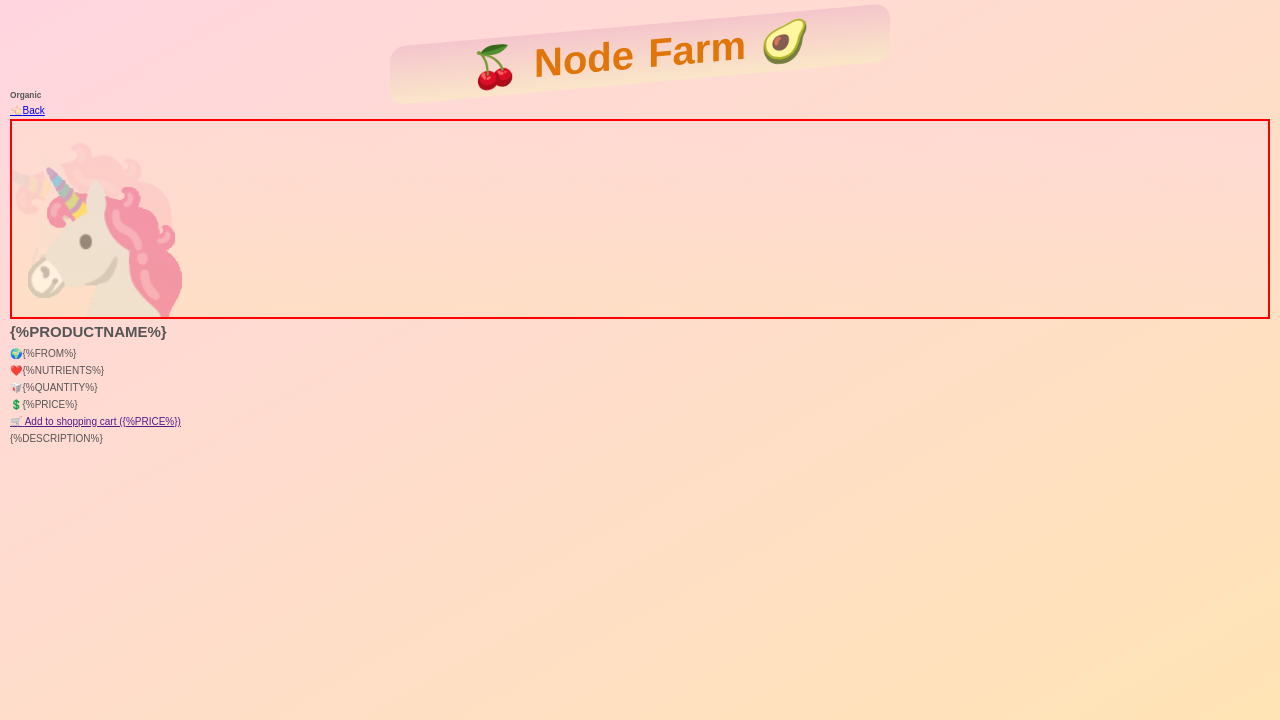
Repository: Kubraaygun/NodeFarm_Backend
Page: templates/product.html
These files come from the project's save history. The page is drawn as it stood at one moment and after the next save; the edit follows.
The browser window is 1280 px wide. The pictures show the whole page.

Above is the page before, as saved 2025-09-04 22:31:49.

After the next save:
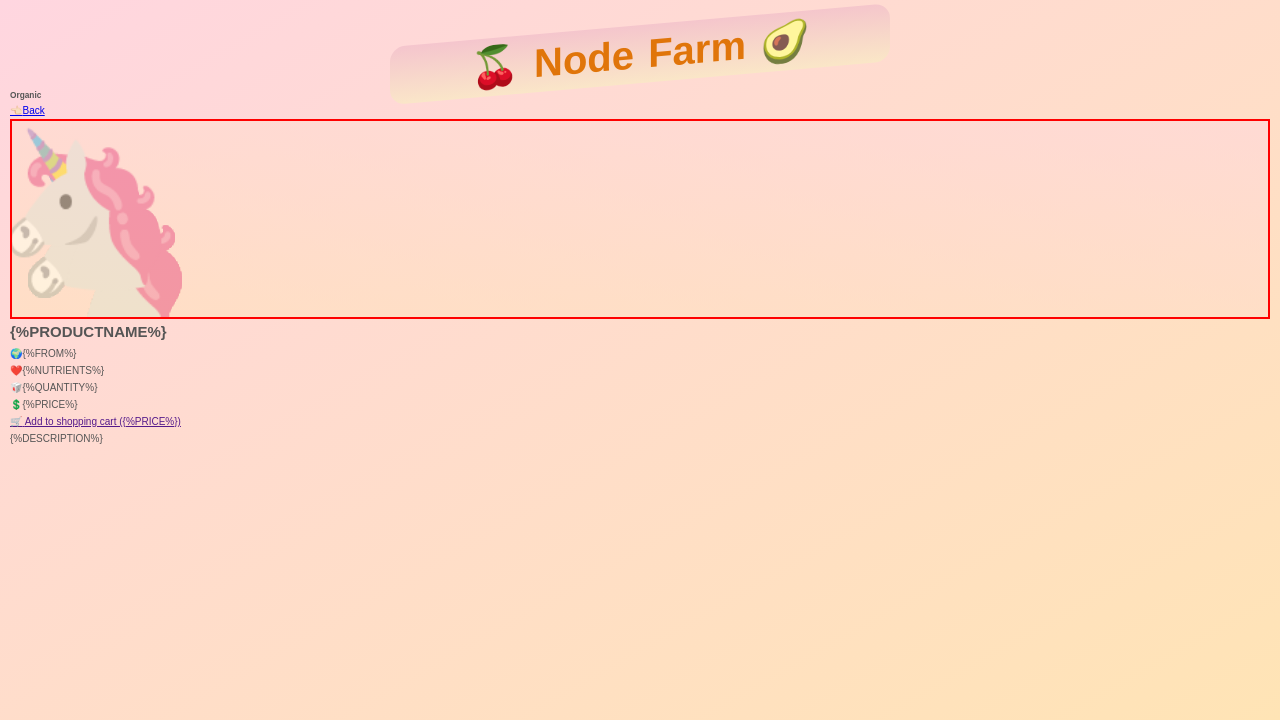
Saved 8 s later.
--- a/templates/product.html
+++ b/templates/product.html
@@ -84,8 +84,7 @@
       .product__emoji--1 {
         top: -4rem;
         left: -2rem;
-        transform: rotate(-30deg);
-        opacity: 0.2;
+        z-index: 10;
       }
     </style>
   </head>
